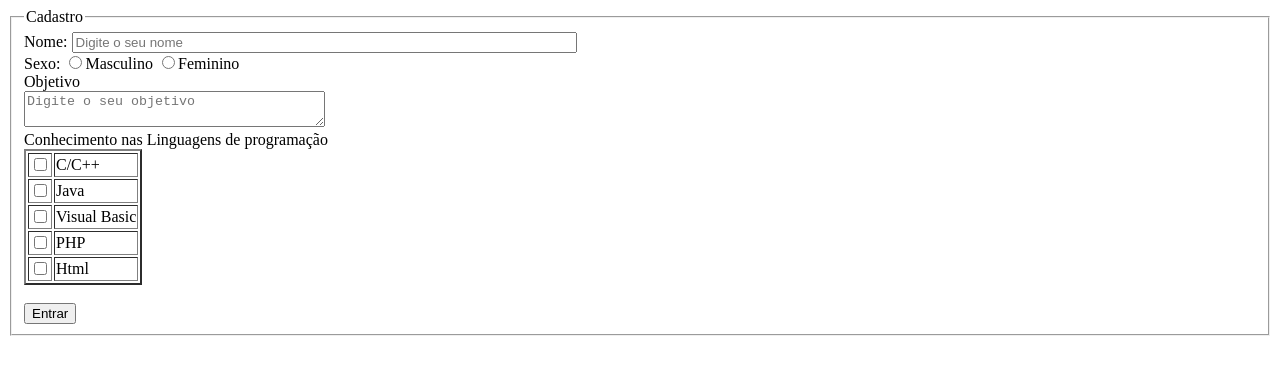
Repository: Lerif/WebServletLearning
Page: http://localhost/WebLearning/
The author's editor kept a copy of each file at every save. The page is drawn from the files as they stood at one save, then again after a run of saves.
The browser window is 1280 px wide. The pictures show the whole page.
The page is served by Tomcat 9. Other server files are loaded and not shown.

Above is the page before, as saved 2016-10-26 14:00:10.

### WebServelets/WebLearning/WebContent/TryJSP.jsp
<%@ page language="java" contentType="text/html; charset=UTF-8"
    pageEncoding="UTF-8"%>
<!DOCTYPE html>
<html>
<head>
<meta http-equiv="Content-Type" content="text/html; charset=UTF-8">
<title>HelloWorld</title>
</head>
<body>
	<form name = "CadastroUsuario" id="CadastroId" method="post" action="ServeletTry">
		<fieldset>
			<legend>Cadastro</legend>
			Nome:
			<input type="text" 	name="name" size="60" placeholder="Digite o seu nome" required/>
			<br>

			Sexo:
			<input type="radio" name="sex" value="male" />Masculino
			<input type="radio" name="sex" value="female"  />Feminino
			<br>

			Objetivo
			<br>
			<textarea name="objective" cols="35" rows="2" placeholder="Digite o seu objetivo" required></textarea>
			<br>

			Conhecimento nas Linguagens de programação
			<br>
			<table border="2">
				<tr>
					<td> <input type="checkbox" id="formation1" name="c" value="0" /> </td>
					<td> C/C++ </td>
				</tr>
				<tr>
					<td><input type="checkbox" id="formation2" name="java" value="1" /></td>
					<td> Java</td>
				</tr>
				<tr>
					<td><input type="checkbox" id="formation3" name="vb" value="2" /></td>
					<td> Visual Basic</td>
				</tr>
				<tr>
					<td><input type="checkbox" id="formation4" name="php" value="3" /></td>
					<td> PHP</td>
				</tr>
				<tr>
					<td><input type="checkbox" id="formation5" name="html" value="4" /> </td>
					<td> Html</td>
				</tr>
			</table>


			<br>
			<button onClick="entrar()" value="Submit form">Entrar</button>
			<br>
		</fieldset>

	</form>
</body>

<script>
	function entrar(){
		document.getElementById("CadastroId").submit();
	}
</script>
</html>

After the next 2 saves:
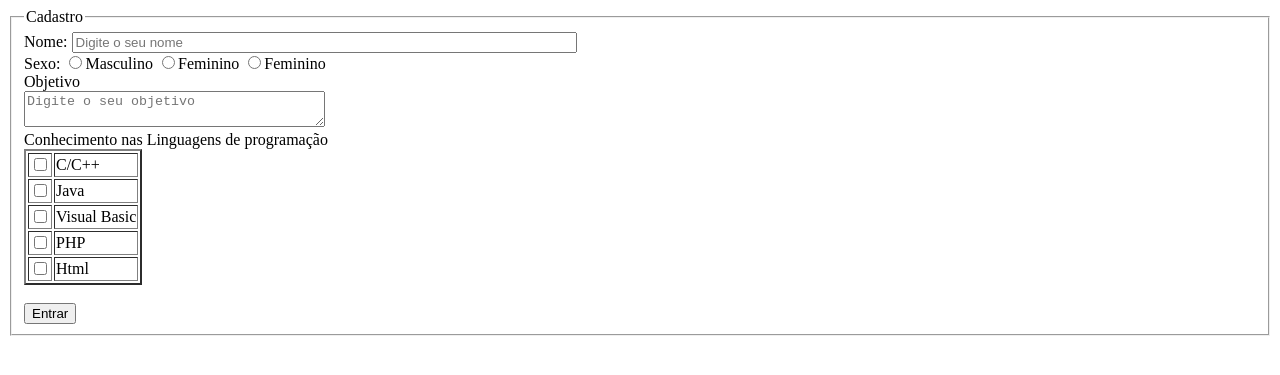
The 2 saves are shown as one change because they came seconds apart.
The last was saved 5 min 16 s later.
--- a/WebServelets/WebLearning/WebContent/TryJSP.jsp
+++ b/WebServelets/WebLearning/WebContent/TryJSP.jsp
@@ -17,6 +17,7 @@
 			Sexo:
 			<input type="radio" name="sex" value="male" />Masculino
 			<input type="radio" name="sex" value="female"  />Feminino
+			<input type="radio" name="sex" value="undefined"  />Feminino
 			<br>
 
 			Objetivo
